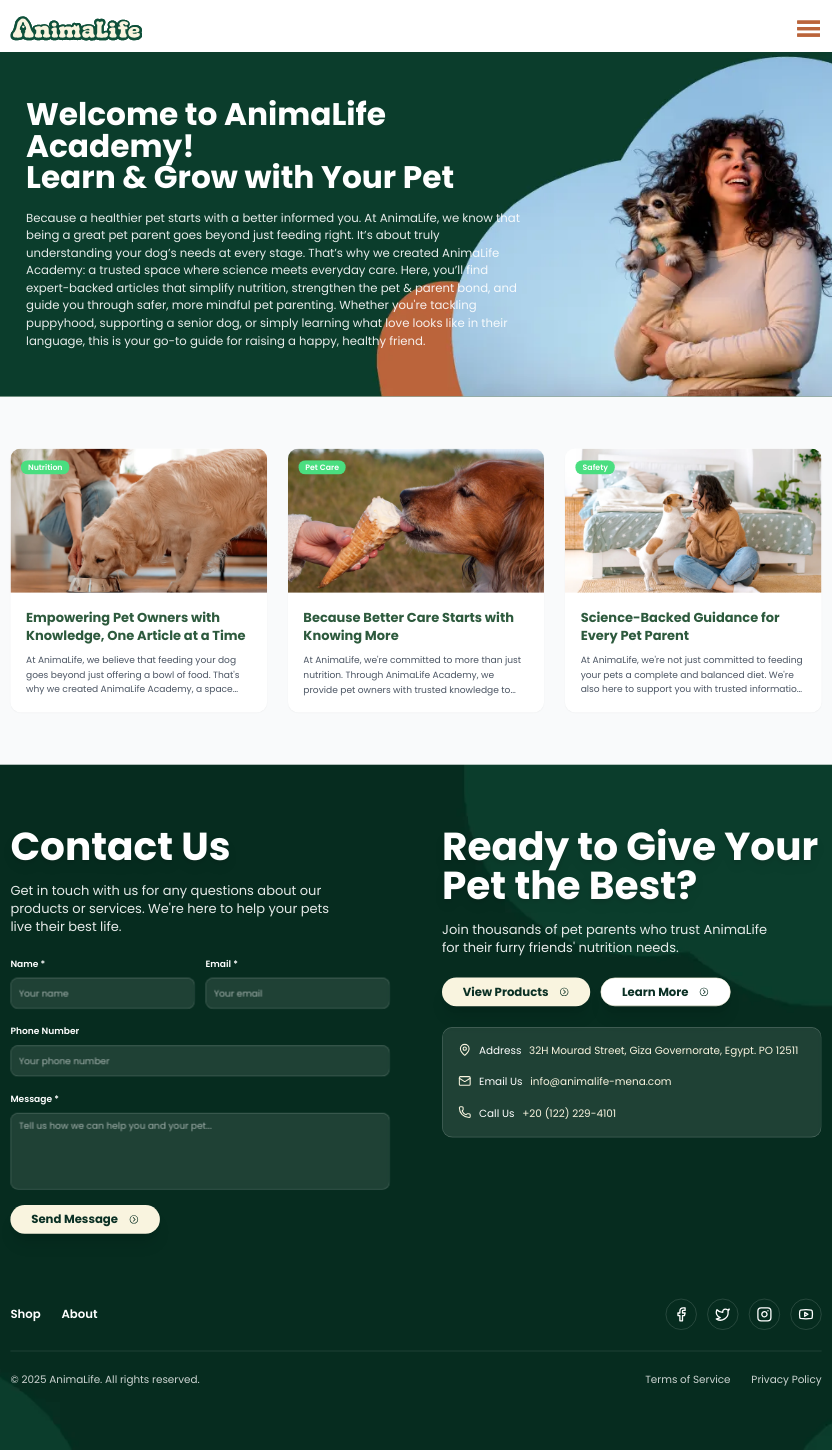
Repository: the-jupiteragency/animalife
Page: /academy
These files come from the project's save history. The page is drawn as it stood at one moment and after the next save; the edit follows.
The browser window is 1280 px wide. The pictures show the whole page, at 65% of full size.
The project was rebuilt for these pictures with package versions that can differ from the ones it lists, and the page was loaded fresh each time. The framework's server and built-in components were replaced by stand-ins that run in the browser. Also part of the build but not shown: next.config.mjs.

Above is the page before, as saved 2025-08-05 09:37:15.

After the next save:
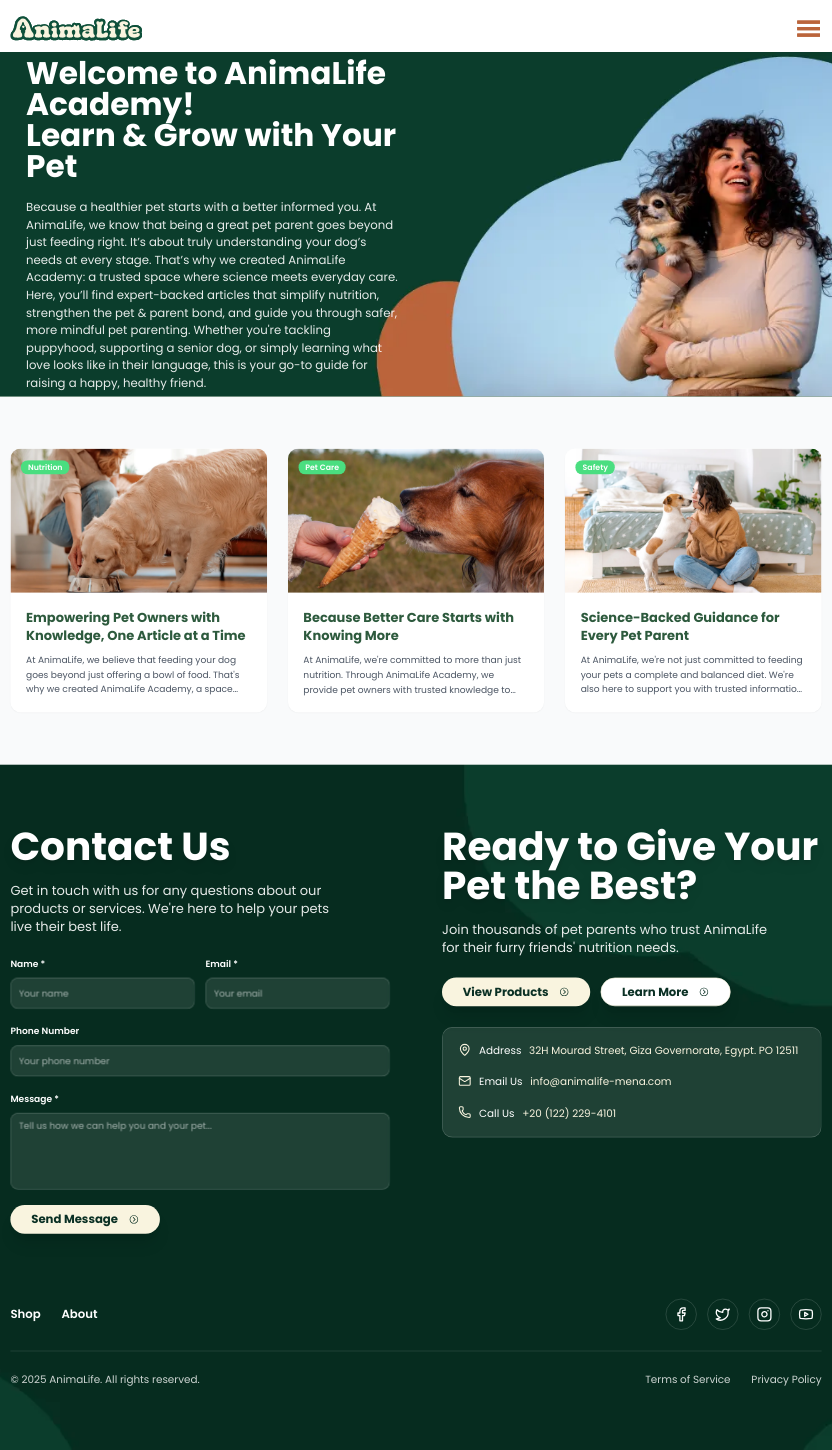
Saved 13 s later.
--- a/app/academy/page.tsx
+++ b/app/academy/page.tsx
@@ -29,7 +29,7 @@
             />
           </div>
           <div className="relative z-10 px-10 mx-auto  h-full flex items-center">
-            <div className="max-w-3xl">
+            <div className="max-w-xl">
               <h1 className="text-4xl md:text-5xl font-bold text-white mb-6">
                 Welcome to AnimaLife Academy!
                 <br />
